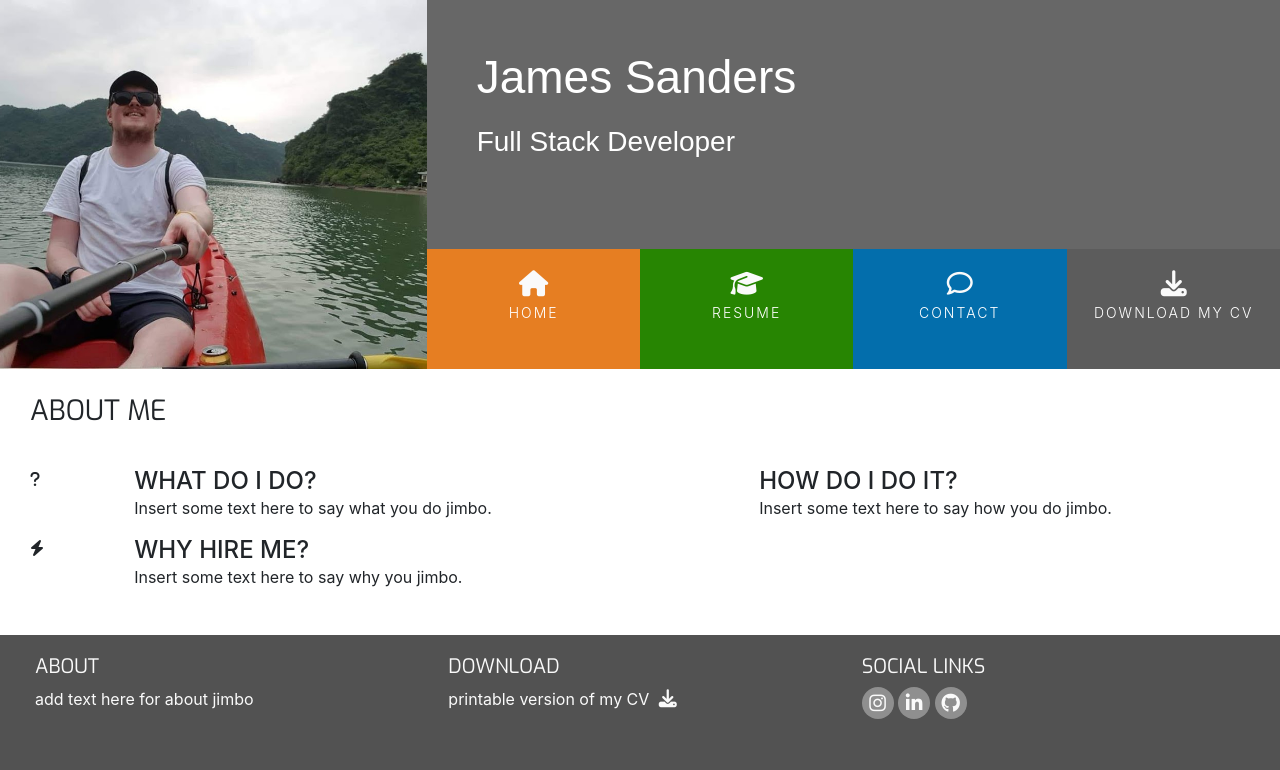
Repository: JaySanders95/my-online-resume
Page: index.html
An editor plug-in stored every save of this project. The page is shown before and after the next save, followed by the edit.
The browser window is 1280 px wide. The pictures show the whole page.
Some icons come from a web library that is not loaded, so they are not drawn. Some web fonts or font styles are not loaded; a fallback is used. Some web libraries are served in a nearby version.

Above is the page before, as saved 2023-04-19 20:13:55.

### index.html
<!DOCTYPE html>
<html lang="en">
<head>
    <meta charset="UTF-8">
    <meta http-equiv="X-UA-Compatible" content="IE=edge">
    <meta name="viewport" content="width=device-width, initial-scale=1.0">
    <link rel="stylesheet" href="https://cdn.jsdelivr.net/npm/@fortawesome/fontawesome-free@6.2.1/css/fontawesome.min.css" integrity="sha384-QYIZto+st3yW+o8+5OHfT6S482Zsvz2WfOzpFSXMF9zqeLcFV0/wlZpMtyFcZALm" crossorigin="anonymous">
    <link rel="stylesheet" href="https://cdn.jsdelivr.net/npm/bootstrap@4.6.2/dist/css/bootstrap.min.css" integrity="sha384-xOolHFLEh07PJGoPkLv1IbcEPTNtaed2xpHsD9ESMhqIYd0nLMwNLD69Npy4HI+N" crossorigin="anonymous">
    <link rel="stylesheet" href="assets/css/style.css">
    <link rel="stylesheet" href="https://cdnjs.cloudflare.com/ajax/libs/hover.css/2.3.1/css/hover-min.css" integrity="sha512-csw0Ma4oXCAgd/d4nTcpoEoz4nYvvnk21a8VA2h2dzhPAvjbUIK6V3si7/g/HehwdunqqW18RwCJKpD7rL67Xg==" crossorigin="anonymous" referrerpolicy="no-referrer" />
    <title>James Sanders' Resume</title>
</head>
<body>
    <header>
        <div class="row no-gutters">
            <a href="index.html" class="col-md-4 logo">

            </a>
            <div class="col-md-8">
                <div class="row bg-color-name-title no-gutters">
                    <div class="col heading">
                        <h1 class="name">James Sanders</h1>
                        <h2 class="title">Full Stack Developer</h2>

                    </div>
                </div>
                <div class="row no-gutters">
                    <div class="col">
                        <ul id="nav" class="list-inline menucontainer">
                            <li class="col-6 col-sm-3 ui-menu-color-home list-inline-item menuitem">
                                <a href="#" class="hvr-bounce-to-bottom"><i class="fa fa-home" aria-hidden="true"></i><span>Home</span></a>
                            </li>
                            <li class="col-6 col-sm-3 ui-menu-color-resume list-inline-item menuitem">
                                <a href="#" class="hvr-bounce-to-bottom"><i class="fa fa-graduation-cap" aria-hidden="true"></i><span>Resume</span></a>
                            </li>
                            <li class="col-6 col-sm-3 ui-menu-color-contact list-inline-item menuitem">
                                <a href="#" class="hvr-bounce-to-bottom"><i class="fa fa-comment-o" aria-hidden="true"></i><span>Contact</span></a>
                            </li>
                            <li class="col-6 col-sm-3 ui-menu-color-download list-inline-item menuitem">
                                <a href="#" class="hvr-bounce-to-bottom"><i class="fa fa-download" aria-hidden="true"></i><span>Download my CV</span></a>
                            </li>
                        </ul>
                    </div>
                </div>
            </div>
        </div>
    </header>
    <section class="container-fluid">
        <div class="row row-table">
            <div class="col-md-8 bg-color-three-reasons section-column">
                <div class="row">
                    <div class="col">
                        <h3 class="section-heading uppercase">About Me</h3>
                    </div>
                </div>
                <div class="row">
                    <div class="col-10 offset-1 offset-sm-0 col-sm-4 col-md-6">
                        <div class="row">
                            <div class="col-2">
                                <i class="three-reasons-icon fa fa-question" aria-hidden="true"></i>
                            </div>
                            <div class="col-10">
                                <h4 class="three-reasons-heading uppercase">What do i do?</h4>
                                <p>
                                    Insert some text here to say what you do jimbo.
                                </p>
                            </div>
                        </div>
                    </div>
                    <div class="col-10 offset-1 offset-sm-0 col-sm-4 col-md-6">
                        <div class="row">
                            <div class="col-2">
                                <i class="three-reasons-icon fa thumbs-up" aria-hidden="true"></i>
                            </div>
                            <div class="col-10">
                                <h4 class="three-reasons-heading uppercase">How do I do it?</h4>
                                <p>
                                    Insert some text here to say how you do jimbo.
                                </p>
                            </div>
                        </div>
                    </div>
                    <div class="col-10 offset-1 offset-sm-0 col-sm-4 col-md-6">
                        <div class="row">
                            <div class="col-2">
                                <i class="three-reasons-icon fa fa-bolt" aria-hidden="true"></i>
                            </div>
                            <div class="col-10">
                                <h4 class="three-reasons-heading uppercase">Why hire me?</h4>
                                <p>
                                    Insert some text here to say why you jimbo.
                                </p>
                            </div>
                        </div>
                    </div>
                </div>
            </div>
        </div>

    </section>
    <footer class="container-fluid">
        <div id="footer-details" class="row">
            <div class="col-sm-4">
                <h5 class="uppercase general-sub">About</h5>
                <p class="inline-block"> add text here for about jimbo</p>
            </div>
            <div class="col-sm-4">
                <h5 class="uppercase general-sub">Download</h5>
                <p class="inline-block"> printable version of my CV</p>
                <a href="#" target="_blank" class="cv-pdf">
                    <i class="fa fa-download" aria-hidden="true"></i>
                    <span class="sr-only">Download link.</span>
                </a>
            </div>
            <div class="col-sm-4">
                <h5 class="uppercase general-sub">Social links</h5>
                <ul class="list-inline social-links">
                    <li class="list-inline-item">
                        <a target="_blank" href="#">
                            <i class="fa fa-instagram"></i>
                            <span class="sr-only">Instagram</span>
                        </a>
                    </li>
                    <li class="list-inline-item">
                        <a target="_blank" href="#">
                            <i class="fa fa-linkedin"></i>
                            <span class="sr-only">LinkedIn</span>
                        </a>
                    </li>
                    <li class="list-inline-item">
                        <a target="_blank" href="#">
                            <i class="fa-brands fa-github"></i>
                            <span class="sr-only">GitHub</span>

                        </a>
                    </li>
                </ul>
            </div>
        </div>

    </footer>
    <script src="https://kit.fontawesome.com/c80cd6a143.js" crossorigin="anonymous"></script>
</body>
</html>

### assets/css/style.css
@import url('https://fonts.googleapis.com/css2?family=Anuphan:100,200,300,400,500,600,700wght@300&family=Exo:100,200,300,400,500,600,700ital,wght@1,300&display=swap');


/* ------- Colours ---------*/

.bg-color-name-title {
    background-color:#676767;
}

.bg-color-three-reasons {
    background-color: #fff;

}

.ui-menu-color-home {
    background-color: #e67e22;
}

.ui-menu-color-resume {
    background-color: #278502;
}

.ui-menu-color-contact {
    background-color: #036eac;
}

.ui-menu-color-download {
    background-color: #5c5c5c;
}

/* ------- Special paddings/margins/text ---------*/

h1,h2,h3,h4 {
    margin: 0;
}

.uppercase {
    text-transform: uppercase;
}

.general-sub {
    font-family: 'Exo', sans-serif;
    font-weight: 300;
    color: #fafafa;
}

.inline-block {
    display: inline-block;
}

.row-table {
    display: table;

}
.section-column {
    display: table-cell;
    padding: 0 30px 30px;
    float: none;
}

.section-heading {
    font-family: 'Exo', sans-serif;
    font-weight: 300;
    margin-top: 25px;
    margin-bottom: 40px;
}

/* ------- Headers ---------*/
header {
    margin: 0;
}

.heading {
    margin-left: 50px;
}

.logo {
    background: url(../images/me.png);
    background-position: center;
    background-repeat: no-repeat;
    background-size: cover;
    min-height: 360px;
    transition: all .5s ease-in-out;
    -moz-transition: all .5s ease-in-out;
    -webkit-transition: all .5s ease-in-out;
}

.name {
    font-family: 'Anuphan', sans-serif;
    font-weight: 100;
    font-size: 46px;
    margin-top: 50px;
    color: #fff;
}

.title {
    font-family: 'Anuphan', sans-serif;
    font-weight: 200;
    font-size: 28px;
    margin-top: 20px;
    margin-bottom: 90px;
    color: #fff;
}

.list-inline-item:not(:last-child) {
    margin: 0;
}

.menucontainer {
    font-size: 0;
}

#nav li {
    font-size: 14px;
    padding: 0;
}

#nav {
    margin: 0;
}

.menuitem {
    height: 120px;
    text-align: center;
    padding: 0;

}

.menuitem a {
    width: 100%;
    text-decoration: none;
    color: #fff;
    height: 120px;
}

.menuitem a i {
    display: block;
    padding-top: 22px;
    color: #fafafa;
    font-size: 26px;
}

.menuitem span {
    display: block;
    width: 100%;
    padding-top: 5px;
    text-align: center;
    text-transform: uppercase;
    font-size: 14px;
    font-weight: 300;
    letter-spacing: 2px;
}

/* ------- Hover.css ---------*/

.hvr-bounce-to-bottom:before {
    background: rgba(0, 0, 0, 0.3) !important;
    height: 120px;

}

/* ------- Footer ---------*/

footer {
    background-color: #525252;
    color: #fafafa;
    min-height: 120px;
}

.cv-pdf i {
    font-size: 18px;
    color: #fafafa;
    text-align: center;
    padding-left: 5px;
    transition: all 0.35s ease-in-out;
    -moz-transition: all 0.35s ease-in-out;
    -webkit-transition: all 0.35s ease-in-out;
    -o-transition: all 0.35s ease-in-out;
}

.cv-pdf i:hover {
    color: #e84610;
}

.social-links {
    padding-bottom: 15px;
}

.social-links li a i {
    width: 32px;
    height: 32px;
    padding: 7px 0;
    border-radius: 50%;
    font-size: 19px;
    text-align: center;
    color: #fafafa;
    background: #8f8f8f;
    transition: all 0.35s ease-in-out;
    -moz-transition: all 0.35s ease-in-out;
    -webkit-transition: all 0.35s ease-in-out;
    -o-transition: all 0.35s ease-in-out;
}

.social-links li a i:hover {
    background-color: #e84610;
}

#footer-details {
    padding: 20px;
}

After the next save:
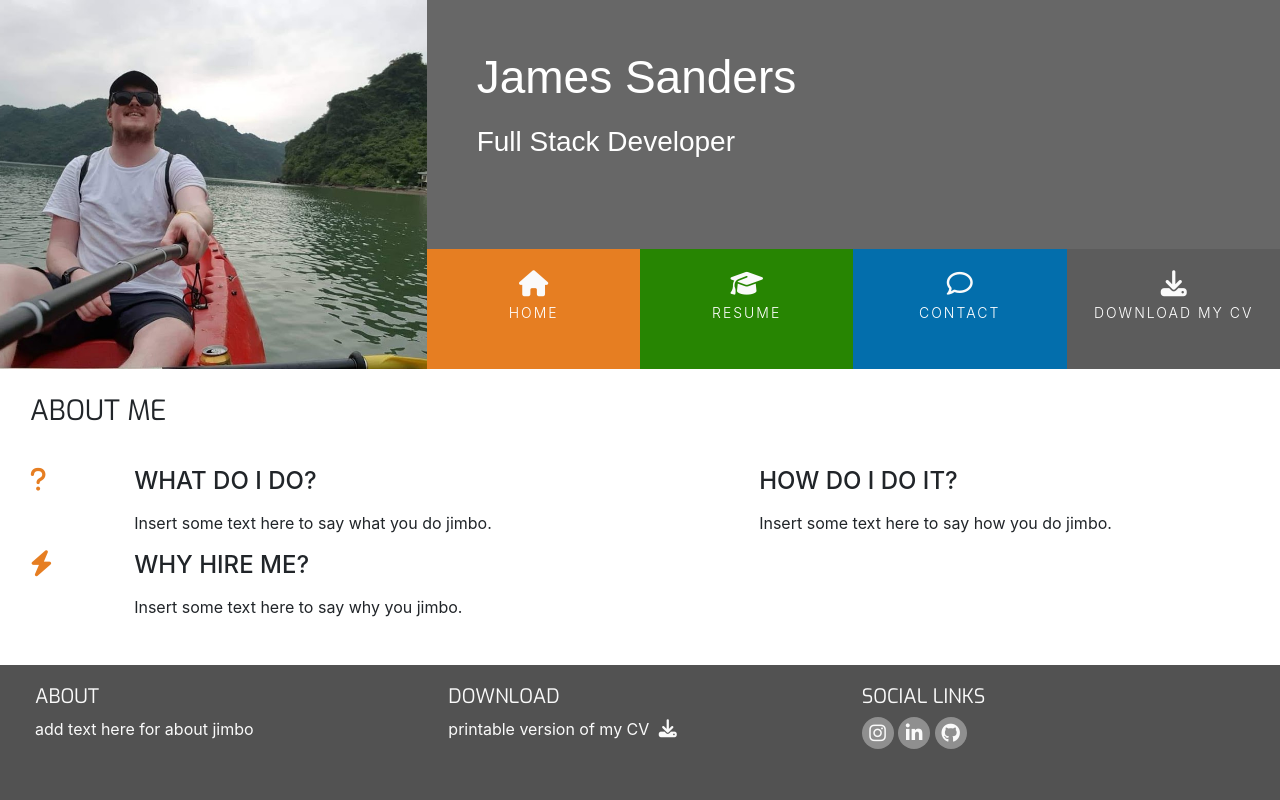
Saved 114 s later.
--- a/assets/css/style.css
+++ b/assets/css/style.css
@@ -208,3 +208,14 @@ footer {
 #footer-details {
     padding: 20px;
 }
+
+/* ------- 3 Reasons ---------*/
+
+.three-reasons-icon {
+    font-size: 26px;
+    color: #e67e22;
+}
+
+.three-reasons-heading {
+    margin-bottom: 15px;
+}
